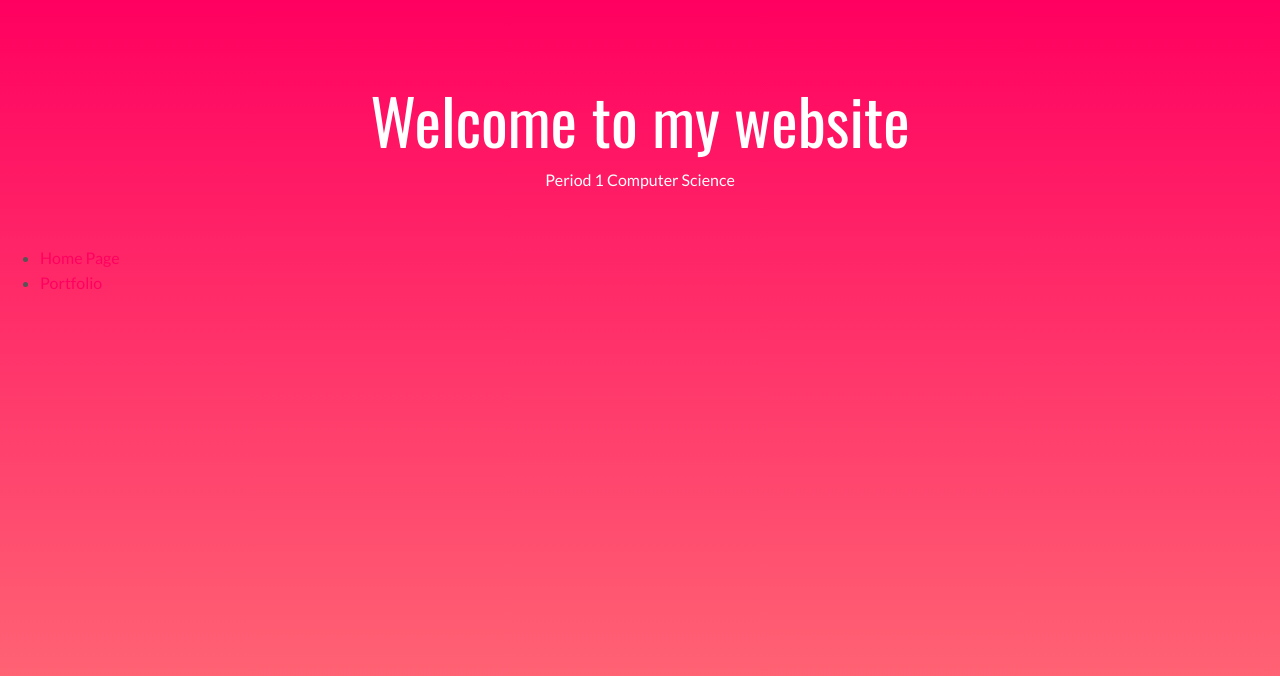
Repository: probably-nick/probably-nick.github.io
Page: portfolio.html
The author's editor kept a record of every edit. The page is drawn from the files as they stood at one moment, then again after the next edit.
The browser window is 1280 px wide. The pictures show the whole page.

Above is the page before.

After the next edit:
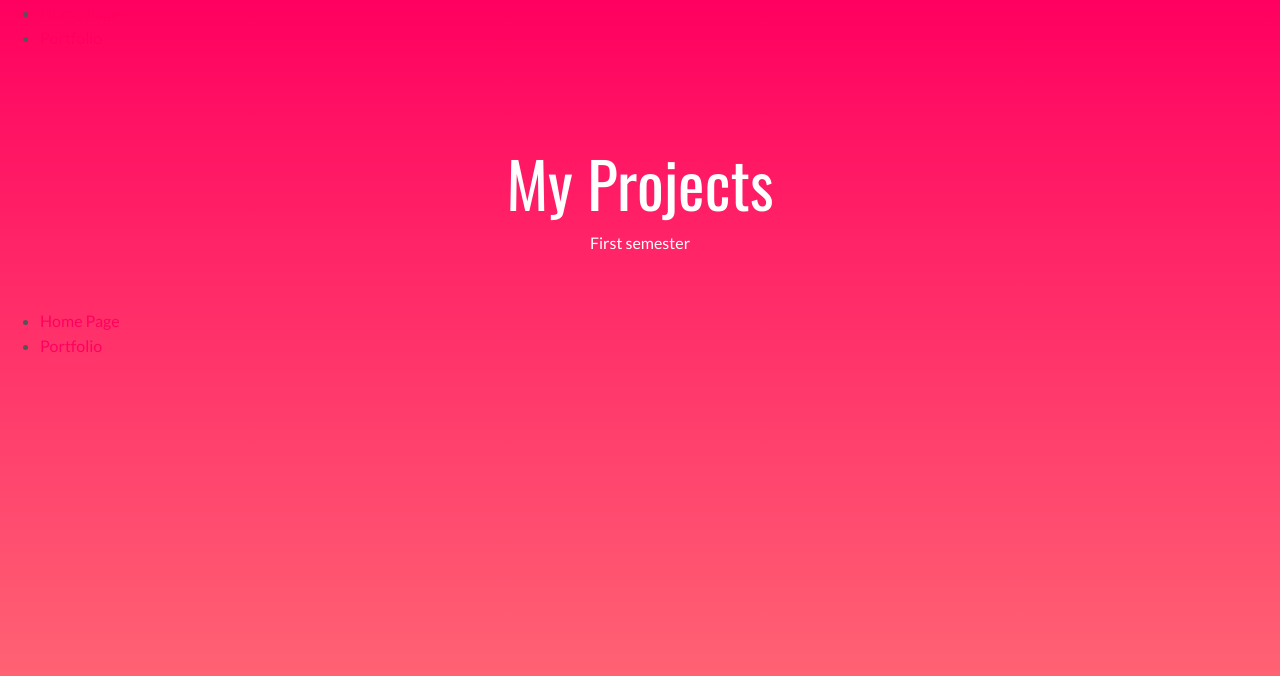
The edit:
--- a/portfolio.html
+++ b/portfolio.html
@@ -6,12 +6,16 @@
 
 
     <body>
+        <ul>
+        <li><a href="index.html">Home Page</a></li>
+        <li><a href="portfolio.html">Portfolio</a></li>
+        </ul>
 
         <main class="content-wrapper">
   <header class="white-text-container section-container">
     <div class="text-center">
-      <h1>Welcome to my website</h1>
-      <p>Period 1 Computer Science</p>
+      <h1>My Projects</h1>
+      <p>First semester</p>
     </div>
   </header>
 </main>
